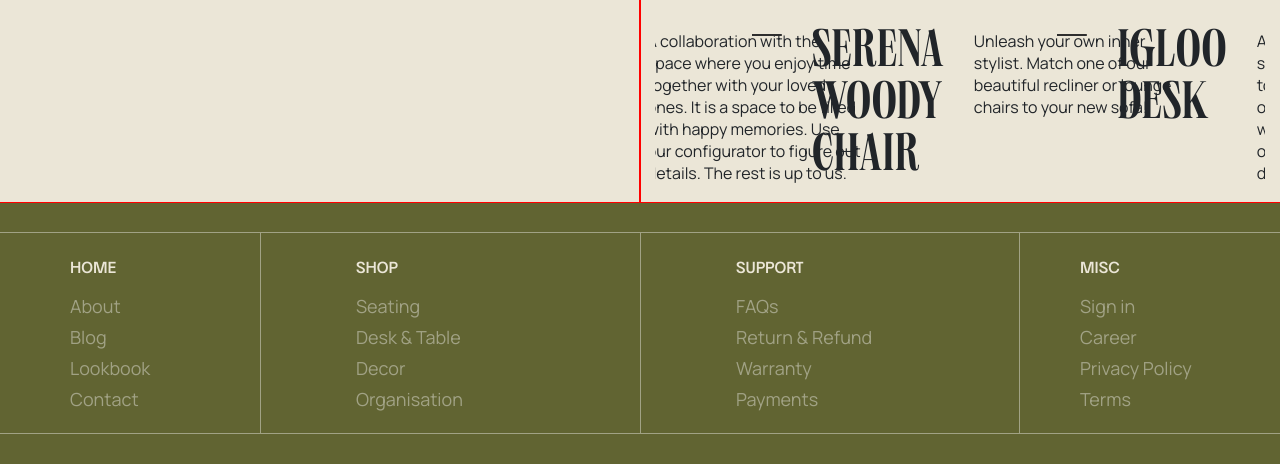
Repository: phannv411/etienne
Page: Lookbook Detail Demo.html
An editor plug-in stored every save of this project. The page is shown before and after the next save, followed by the edit.
The browser window is 1280 px wide. The pictures show the part of the page from y = 729 to 1193 px (the page is 1673 px tall before and 1739 px after).
A picture or video elsewhere on the page could not be fetched, so the positions and the page height are approximate.

Above is the page before, as saved 2022-10-08 02:45:05.
Console error: TypeError: Cannot read properties of null (reading 'value')

After the next save:
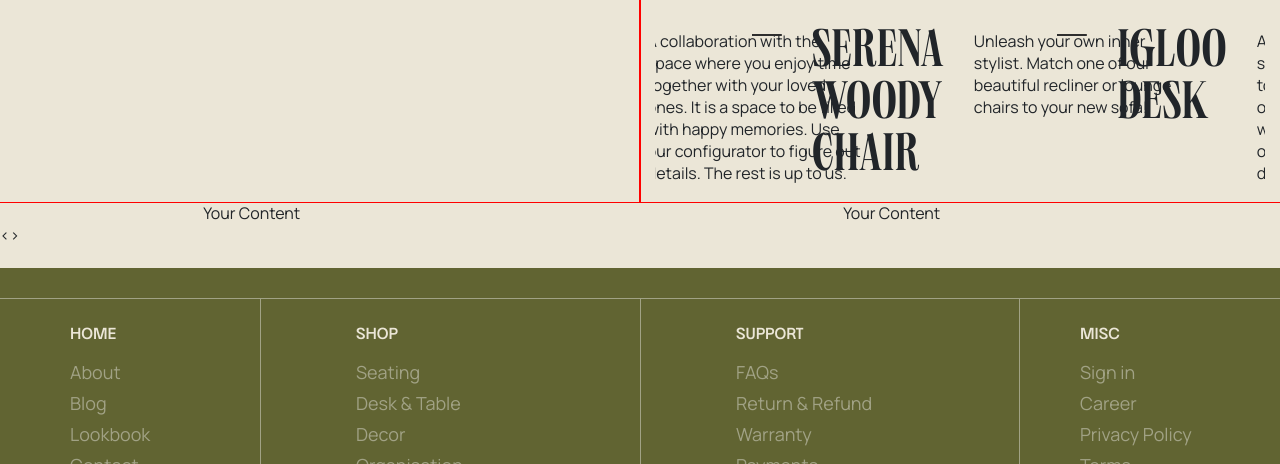
Saved 68 s later.
--- a/Lookbook Detail Demo.html
+++ b/Lookbook Detail Demo.html
@@ -473,7 +473,15 @@
 
 
 
-
+     <div class="owl-carousel">
+        <div> Your Content </div>
+        <div> Your Content </div>
+        <div> Your Content </div>
+        <div> Your Content </div>
+        <div> Your Content </div>
+        <div> Your Content </div>
+        <div> Your Content </div>
+      </div>
 
 
 
